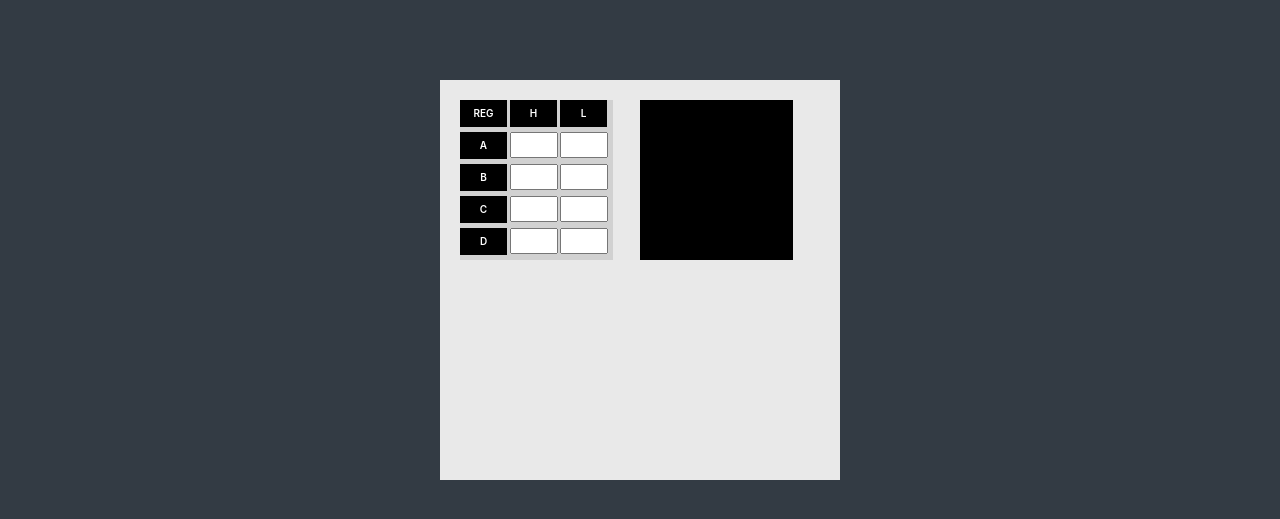
Repository: piookr-wsei/8086
Page: /
An editor plug-in stored every save of this project. The page is shown before and after the next save, followed by the edit.
The browser window is 1280 px wide. The pictures show the whole page.
The project was rebuilt for these pictures with package versions that can differ from the ones it lists, and the page was loaded fresh each time.

Above is the page before, as saved 2022-06-18 19:40:16.

After the next save:
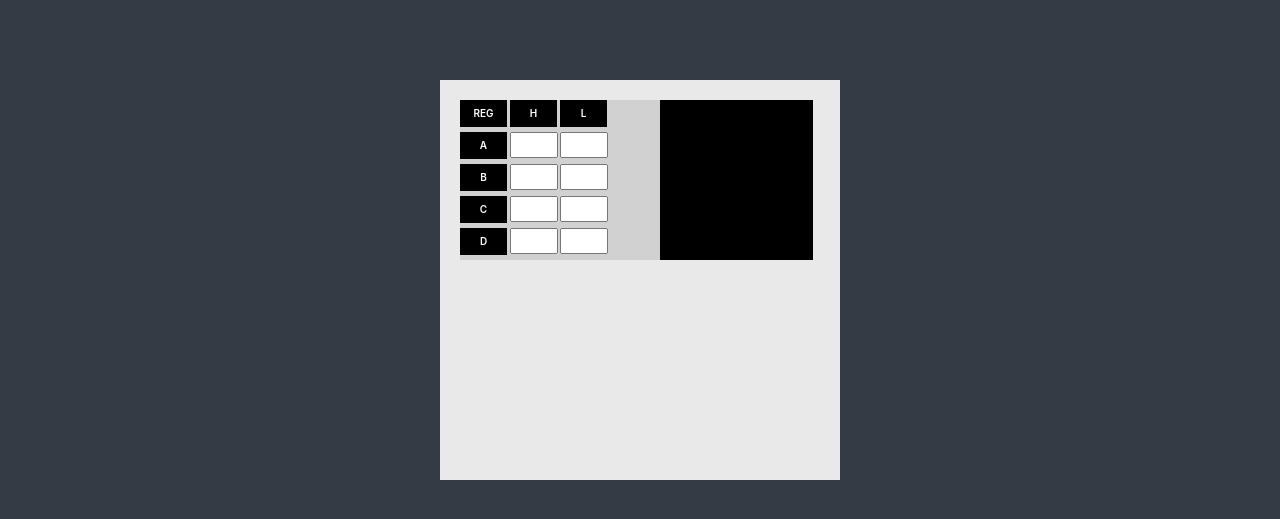
Saved 46 s later.
--- a/src/Components/Components.elements.js
+++ b/src/Components/Components.elements.js
@@ -16,7 +16,7 @@ grid-template-columns: 1fr 1fr;
 `
 
 export const RegWrapper = styled.div`
-width: 153px;
+width: 200px;
 background: rgba(0,0,0,0.1);
 position: relative;
 left: 0;

After the save that followed:
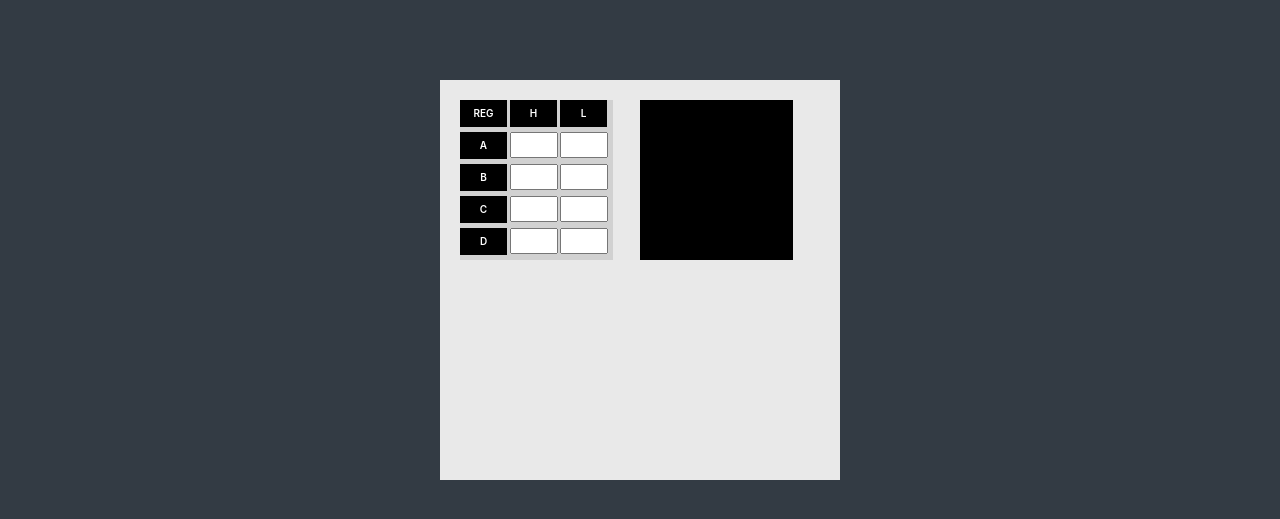
Saved 5 s later.
--- a/src/Components/Components.elements.js
+++ b/src/Components/Components.elements.js
@@ -16,7 +16,7 @@ grid-template-columns: 1fr 1fr;
 `
 
 export const RegWrapper = styled.div`
-width: 200px;
+width: 153px;
 background: rgba(0,0,0,0.1);
 position: relative;
 left: 0;
